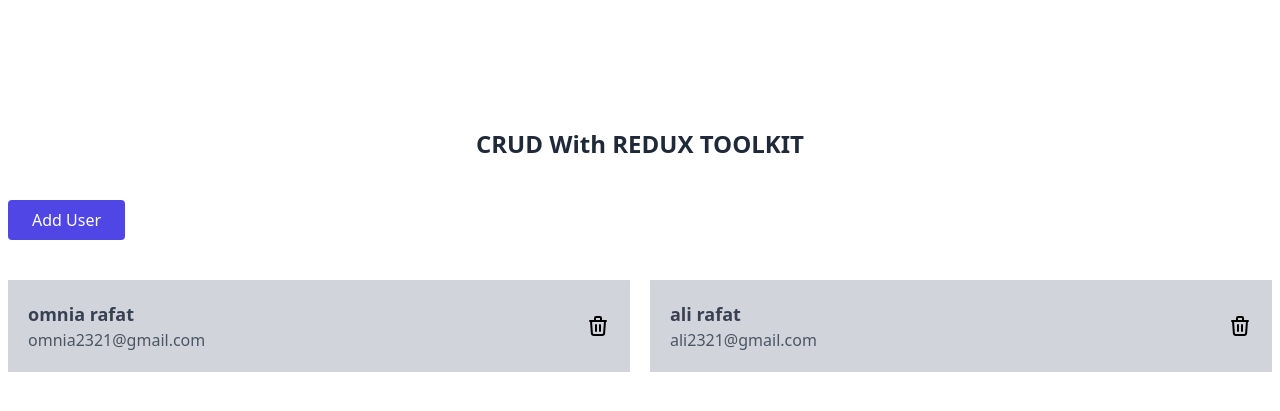
Repository: OmniaRafat232111121/Crud-reduxtoolkit
Page: /
An editor plug-in stored every save of this project. The page is shown before and after the next save, followed by the edit.
The browser window is 1280 px wide. The pictures show the whole page.
The project was rebuilt for these pictures with package versions that can differ from the ones it lists, and the page was loaded fresh each time. Also part of the build but not shown: src/components/TextField.jsx, src/features/users/AddUser.jsx.

Above is the page before, as saved 2023-02-10 15:54:36.

After the next save:
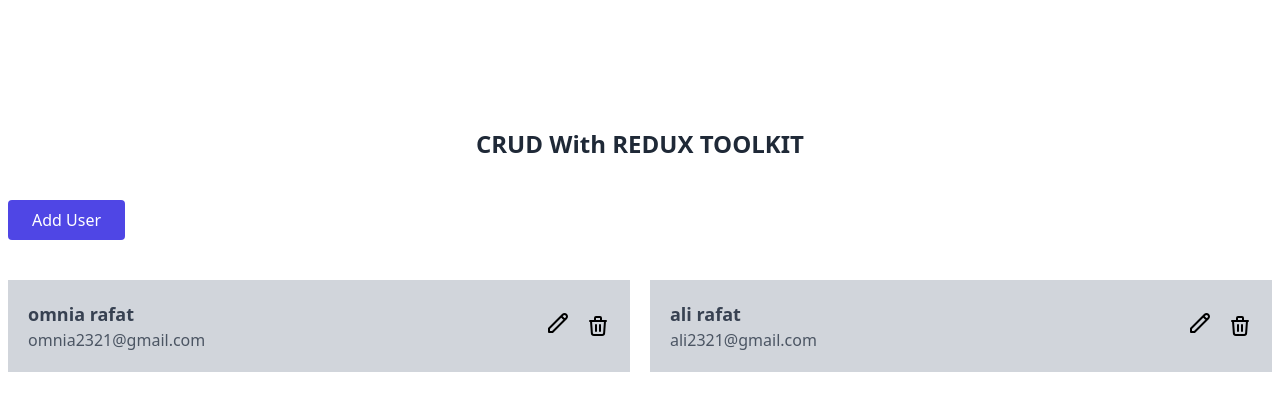
Saved 4 s later.
--- a/src/features/users/UserList.jsx
+++ b/src/features/users/UserList.jsx
@@ -16,6 +16,11 @@ const UserList = () => {
       <div className="flex gap-4">
 
               <Link>
+                     <button>
+            <svg xmlns="http://www.w3.org/2000/svg" className="h-6 w-6" fill="none" viewBox="0 0 24 24" stroke="currentColor" strokeWidth={2}>
+              <path strokeLinecap="round" strokeLinejoin="round" d="M15.232 5.232l3.536 3.536m-2.036-5.036a2.5 2.5 0 113.536 3.536L6.5 21.036H3v-3.572L16.732 3.732z" />
+            </svg>
+          </button>
               </Link>
 
         <button>
